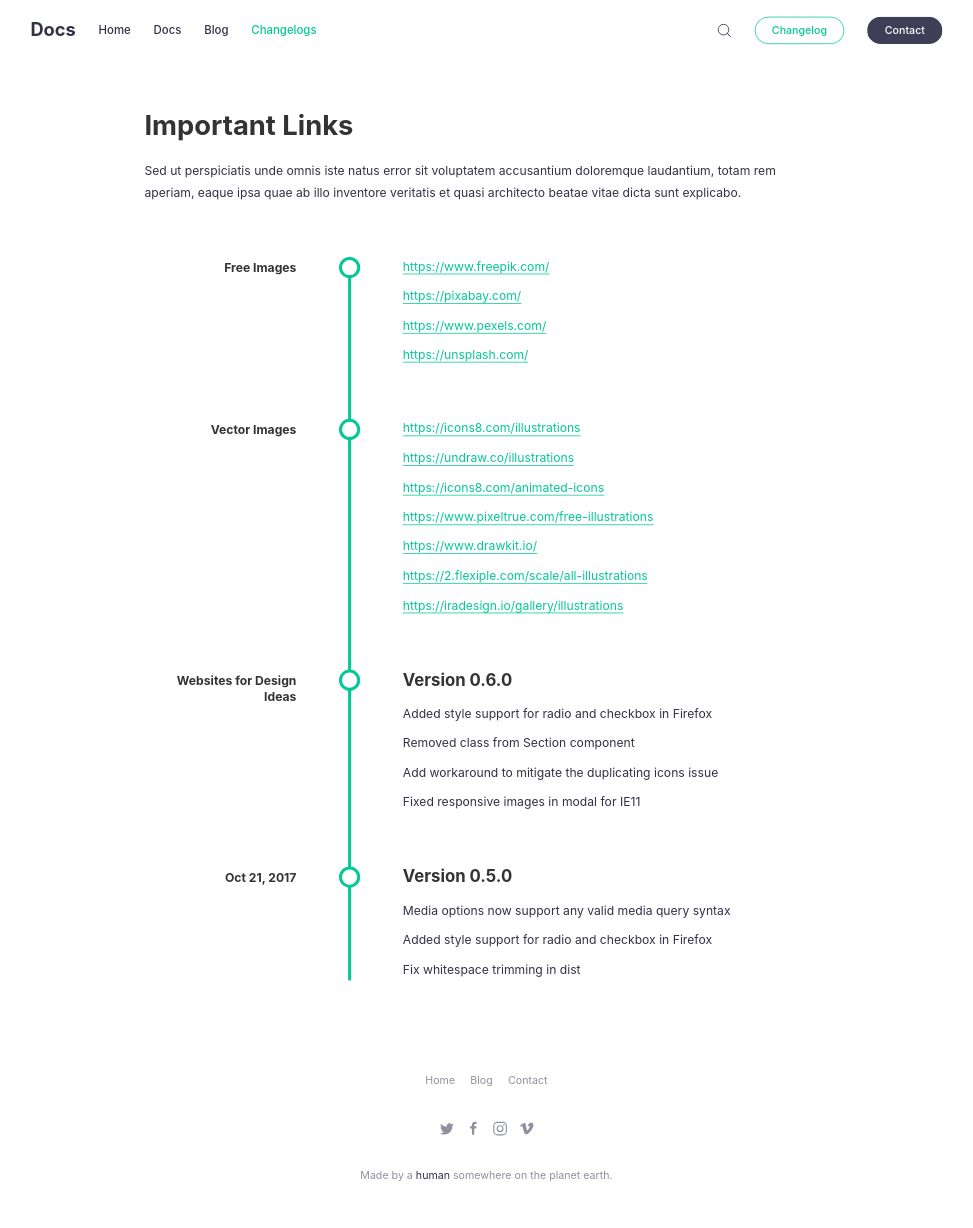
Repository: suchi9909/webdoc
Page: useful-links.html
These files come from the project's save history. The page is drawn as it stood at one moment and after the next save; the edit follows.
The browser window is 1280 px wide. The pictures show the whole page, at 76% of full size.

Above is the page before, as saved 2021-02-19 09:21:37.

### useful-links.html
<!DOCTYPE html>
<html lang="en-gb" dir="ltr">

<head>
    <meta charset="utf-8">
    <meta name="viewport" content="width=device-width, initial-scale=1">
    <title>Docs | Documentation HTML Template</title>
    <link rel="shortcut icon" type="image/png" href="https://via.placeholder.com/20.png" >
    <link href="https://fonts.googleapis.com/css?family=Heebo:300,400" rel="stylesheet">
    <link rel="stylesheet" href="css/main.css" />
    <script src="js/uikit.js"></script>
</head>

<body>

<div data-uk-sticky="animation: uk-animation-slide-top; sel-target: .uk-navbar-container; cls-active: uk-navbar-sticky; cls-inactive: uk-navbar-transparent; top: 200">
  <nav class="uk-navbar-container">
    <div class="uk-container">
      <div data-uk-navbar>
        <div class="uk-navbar-left">
          <a class="uk-navbar-item uk-logo uk-visible@m" href="index.html">Docs</a>
          <a class="uk-navbar-toggle uk-hidden@m" href="#offcanvas-docs" data-uk-toggle><span
              data-uk-navbar-toggle-icon></span> <span class="uk-margin-small-left">Docs</span></a>
          <ul class="uk-navbar-nav uk-visible@m">
            <li ><a href="index.html">Home</a></li>
            <li ><a href="doc.html">Docs</a></li>
            <li ><a href="blog.html">Blog</a></li>
            <li class="uk-active">
              <a href="#">Changelogs</a>
              <div class="uk-navbar-dropdown">
                <ul class="uk-nav uk-navbar-dropdown-nav">
                  <li><a href="changelog-timeline.html">Timeline Style</a></li>
                  <li><a href="changelog-posts.html">Post Style</a></li>
                </ul>
              </div>
            </li>
          </ul>
        </div>
        <div class="uk-navbar-center uk-hidden@m">
          <a class="uk-navbar-item uk-logo" href="index.html">Docs</a>
        </div>
        <div class="uk-navbar-right">
          <div>
            <a id="search-navbar-toggle" class="uk-navbar-toggle" data-uk-search-icon href="#"></a>
            <div class="uk-background-default uk-border-rounded"
              data-uk-drop="mode: click; pos: left-center; offset: 0">
              <form class="uk-search uk-search-navbar uk-width-1-1" onsubmit="return false;">
                <input id="search-navbar" class="uk-search-input" type="search" placeholder="Search for answers"
                  autofocus autocomplete="off" data-minchars="1" data-maxitems="30">
              </form>
            </div>
          </div>
          <ul class="uk-navbar-nav uk-visible@m">
            <li>
              <div class="uk-navbar-item">
                <a class="uk-button uk-button-primary-outline" href="changelog-timeline.html">Changelog</a>
              </div>
            </li>
            <li>
              <div class="uk-navbar-item">
                <a class="uk-button uk-button-success" href="contact.html">Contact</a>
              </div>
            </li>
          </ul>
          <a class="uk-navbar-toggle uk-hidden@m" href="#offcanvas" data-uk-toggle><span
              data-uk-navbar-toggle-icon></span> <span class="uk-margin-small-left">Menu</span></a>
        </div>
      </div>
    </div>
  </nav>
</div>

<div class="uk-section">
  <div class="uk-container uk-container-small">
    <article class="uk-article">
      <h1 class="uk-article-title">Important Links</h1>
      <div class="article-content link-primary">
        <p>Sed ut perspiciatis unde omnis iste natus error sit voluptatem accusantium doloremque laudantium, totam rem
          aperiam, eaque ipsa quae ab illo inventore veritatis et quasi architecto beatae vitae dicta sunt explicabo.
        </p>
        <div class="tm-timeline uk-margin-large-top">
          <div class="tm-timeline-entry">
            <div class="tm-timeline-time">
              <h5>Free Images</h5>
            </div>
            <div class="tm-timeline-body">
              <ul class="uk-list">
                <li><a href="https://www.freepik.com/">https://www.freepik.com/</a></li>
                <li><a href="https://pixabay.com/">https://pixabay.com/</a></li>
                <li><a href="https://www.pexels.com/">https://www.pexels.com/</a></li>
                <li><a href="https://unsplash.com/">https://unsplash.com/</a></li>
              </ul>
            </div>
          </div>
          <div class="tm-timeline-entry">
            <div class="tm-timeline-time">
              <h5>Vector Images</h5>
            </div>
            <div class="tm-timeline-body">
              <ul class="uk-list">
                <li><a href="https://icons8.com/illustrations">https://icons8.com/illustrations</a></li>
                <li><a href="https://undraw.co/illustrations">https://undraw.co/illustrations</a></li>
                <li><a href="https://icons8.com/animated-icons">https://icons8.com/animated-icons</a></li>
                <li><a href="https://www.pixeltrue.com/free-illustrations">https://www.pixeltrue.com/free-illustrations</a></li>
                <li><a href="https://www.drawkit.io/">https://www.drawkit.io/</a></li>
                <li><a href="https://2.flexiple.com/scale/all-illustrations">https://2.flexiple.com/scale/all-illustrations</a></li>
                <li><a href="https://iradesign.io/gallery/illustrations">https://iradesign.io/gallery/illustrations</a></li>
              </ul>
            </div>
          </div>
          <div class="tm-timeline-entry">
            <div class="tm-timeline-time">
              <h5>Websites for Design Ideas</h5>
            </div>
            <div class="tm-timeline-body">
              <h3 class="uk-flex uk-flex-middle">Version 0.6.0</h3>
              <ul class="uk-list">
                <li>Added style support for radio and checkbox in Firefox</li>
                <li>Removed class from Section component</li>
                <li>Add workaround to mitigate the duplicating icons issue</li>
                <li>Fixed responsive images in modal for IE11</li>
              </ul>
            </div>
          </div>
          <div class="tm-timeline-entry">
            <div class="tm-timeline-time">
              <h5>Oct 21, 2017</h5>
            </div>
            <div class="tm-timeline-body">
              <h3 class="uk-flex uk-flex-middle">Version 0.5.0</h3>
              <ul class="uk-list">
                <li>Media options now support any valid media query syntax</li>
                <li>Added style support for radio and checkbox in Firefox</li>
                <li>Fix whitespace trimming in dist</li>
              </ul>
            </div>
          </div>
        </div>
      </div>
    </article>
  </div>
</div>

<div id="offcanvas-docs" data-uk-offcanvas="overlay: true">
  <div class="uk-offcanvas-bar">
    <button class="uk-offcanvas-close" type="button" data-uk-close></button>
    <h5 class="uk-margin-top">Getting Started</h5>
    <ul class="uk-nav uk-nav-default doc-nav">
      <li class="uk-active"><a href="doc.html">Template setup</a></li>
      <li><a href="doc.html">Basic theme setup</a></li>
      <li><a href="doc.html">Navigation bar</a></li>
      <li><a href="doc.html">Footer options</a></li>
      <li><a href="doc.html">Creating your first post</a></li>
      <li><a href="doc.html">Creating docs posts</a></li>
      <li><a href="doc.html">Enabling comments</a></li>
      <li><a href="doc.html">Google Analytics</a></li>
    </ul>
    <h5 class="uk-margin-top">Product Features</h5>
    <ul class="uk-nav uk-nav-default doc-nav">
      <li><a href="doc.html">Hero page header</a></li>
      <li><a href="doc.html">Category boxes section</a></li>
      <li><a href="doc.html">Fearured docs section</a></li>
      <li><a href="doc.html">Video lightbox boxes section</a></li>
      <li><a href="doc.html">Frequently asked questions section</a></li>
      <li><a href="doc.html">Team members section</a></li>
      <li><a href="doc.html">Call to action section</a></li>
      <li><a href="doc.html">Creating a changelog</a></li>
      <li><a href="doc.html">Contact form</a></li>
      <li><a href="doc.html">Adding media to post and doc content</a></li>
      <li><a href="doc.html">Adding table of contents to docs</a></li>
      <li><a href="doc.html">Adding alerts to content</a></li>
    </ul>
    <h5 class="uk-margin-top">Customization</h5>
    <ul class="uk-nav uk-nav-default doc-nav">
      <li><a href="doc.html">Translation</a></li>
      <li><a href="doc.html">Customization</a></li>
      <li><a href="doc.html">Development</a></li>
      <li><a href="doc.html">Sources and credits</a></li>
    </ul>
    <h5 class="uk-margin-top">Help</h5>
    <ul class="uk-nav uk-nav-default doc-nav">
      <li><a href="doc.html">Contacting support</a></li>
    </ul>
  </div>
</div>

<div id="offcanvas" data-uk-offcanvas="flip: true; overlay: true">
  <div class="uk-offcanvas-bar">
    <a class="uk-logo" href="index.html">Docs</a>
    <button class="uk-offcanvas-close" type="button" data-uk-close></button>
    <ul class="uk-nav uk-nav-primary uk-nav-offcanvas uk-margin-top">
      <li ><a href="index.html">Home</a></li>
      <li ><a href="doc.html">Docs</a></li>
      <li ><a href="blog.html">Blog</a></li>
      <li ><a href="contact.html">Contact</a></li>
      <li>
        <div class="uk-navbar-item"><a class="uk-button uk-button-success" href="contact.html">Contact</a></div>
      </li>
    </ul>
    <div class="uk-margin-top uk-text-center">
      <div data-uk-grid class="uk-child-width-auto uk-grid-small uk-flex-center">
        <div>
          <a href="https://twitter.com/" data-uk-icon="icon: twitter" class="uk-icon-link" target="_blank"></a>
        </div>
        <div>
          <a href="https://www.facebook.com/" data-uk-icon="icon: facebook" class="uk-icon-link" target="_blank"></a>
        </div>
        <div>
          <a href="https://www.instagram.com/" data-uk-icon="icon: instagram" class="uk-icon-link" target="_blank"></a>
        </div>
        <div>
          <a href="https://vimeo.com/" data-uk-icon="icon: vimeo" class="uk-icon-link" target="_blank"></a>
        </div>
      </div>
    </div>
  </div>
</div>

<footer class="uk-section uk-text-center uk-text-muted">
	<div class="uk-container uk-container-small">
		<div>
			<ul class="uk-subnav uk-flex-center">
				<li><a href="#">Home</a></li>
				<li><a href="blog.html">Blog</a></li>
				<li><a href="contact.html">Contact</a></li>
			</ul>
		</div>
		<div class="uk-margin-medium">
			<div data-uk-grid class="uk-child-width-auto uk-grid-small uk-flex-center">
				<div class="uk-first-column">
					<a href="https://twitter.com/" data-uk-icon="icon: twitter" class="uk-icon-link uk-icon" target="_blank"></a>
				</div>
				<div>
					<a href="https://www.facebook.com/" data-uk-icon="icon: facebook" class="uk-icon-link uk-icon"
						target="_blank"></a>
				</div>
				<div>
					<a href="https://www.instagram.com/" data-uk-icon="icon: instagram" class="uk-icon-link uk-icon"
						target="_blank"></a>
				</div>
				<div>
					<a href="https://vimeo.com/" data-uk-icon="icon: vimeo" class="uk-icon-link uk-icon" target="_blank"></a>
				</div>
			</div>
		</div>
		<div class="uk-margin-medium uk-text-small copyright link-secondary">Made by a <a
				href="https://ivanchromjak.com/">human</a> somewhere on the planet earth.</div>
	</div>
</footer>

<script src="js/awesomplete.js"></script>
<script src="js/custom.js"></script>


</body>

</html>

### js/custom.js
(function () {
  'use strict';

  // Custom scripts
  document.addEventListener("DOMContentLoaded", function() {

    // Live Awesomplete Search
  	var inputHero = document.getElementById("search-hero");
  	var inputNavbar = document.getElementById("search-navbar");

    var list = [
          { label: "How do I enable payment gateway?", 					        value: "doc.html" },
          { label: "What happens if I clear cache?", 						        value: "doc.html" },
          { label: "Which payment methods do you offer?", 				      value: "doc.html" },
          { label: "How long does it take to propagate DNS settings?", 	value: "doc.html" },
          { label: "How can I force SSL certificate?", 					        value: "doc.html" }
        ];

    if (inputHero) {
      inputHero.addEventListener("awesomplete-selectcomplete", function(e) {
        window.location.href = e.text.value;
      }, false);

      new Awesomplete(inputHero, {
        autoFirst: true,
        list: list,
        replace: function(suggestion) {
          this.input.value = suggestion.label;
        }
      });
    }

    if (inputNavbar) {
      inputNavbar.addEventListener("awesomplete-selectcomplete", function(e) {
        window.location.href = e.text.value;
      }, false);

      new Awesomplete(inputNavbar, {
        autoFirst: true,
        list: list,
        replace: function(suggestion) {
          this.input.value = suggestion.label;
        }
      });
    }

  });

}());

Loaded but not shown: css/main.css (library); js/uikit.js (library); js/awesomplete.js (563 lines, source omitted)

After the next save:
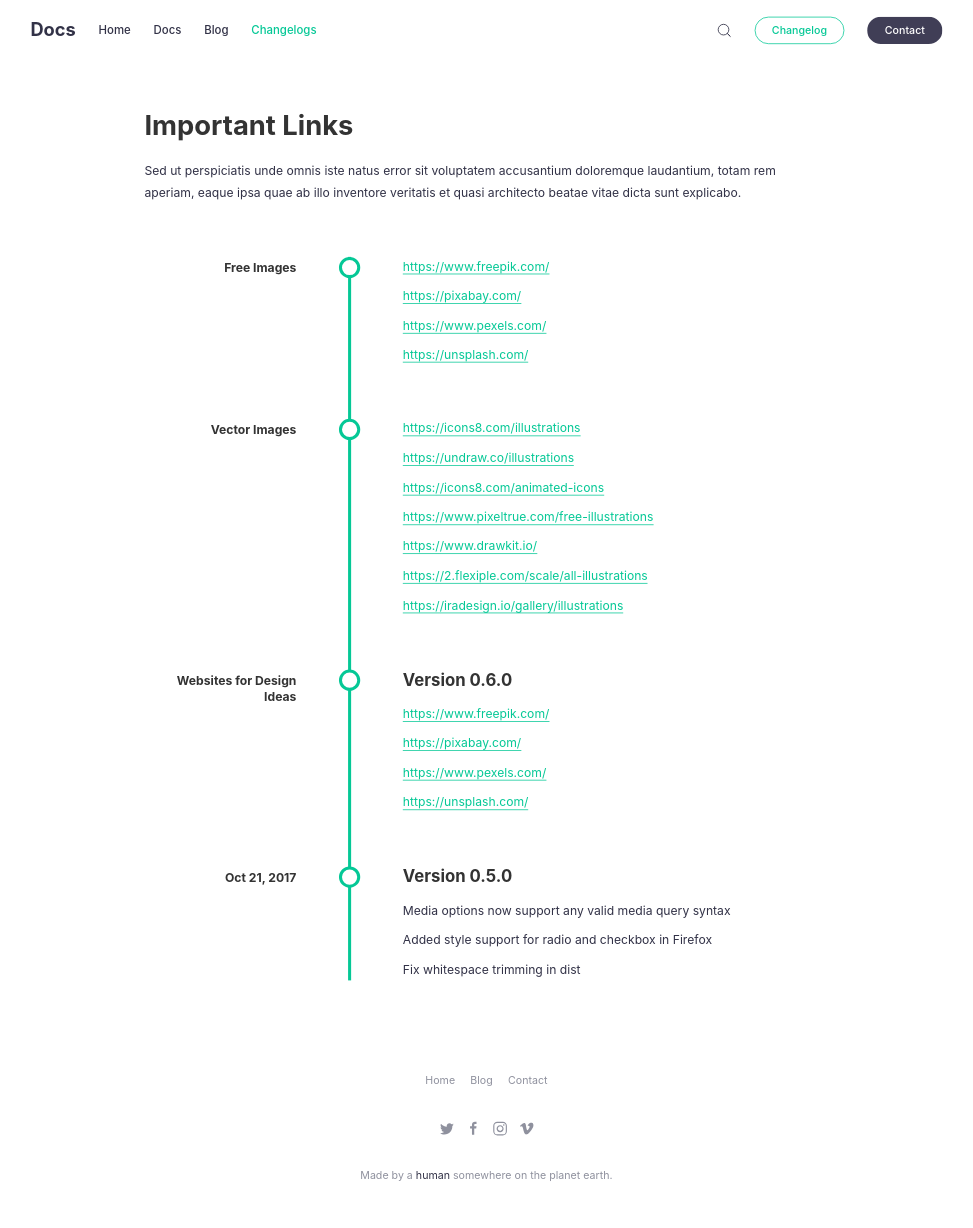
Saved 6 s later.
--- a/useful-links.html
+++ b/useful-links.html
@@ -115,10 +115,10 @@
             <div class="tm-timeline-body">
               <h3 class="uk-flex uk-flex-middle">Version 0.6.0</h3>
               <ul class="uk-list">
-                <li>Added style support for radio and checkbox in Firefox</li>
-                <li>Removed class from Section component</li>
-                <li>Add workaround to mitigate the duplicating icons issue</li>
-                <li>Fixed responsive images in modal for IE11</li>
+                <li><a href="https://www.freepik.com/">https://www.freepik.com/</a></li>
+                <li><a href="https://pixabay.com/">https://pixabay.com/</a></li>
+                <li><a href="https://www.pexels.com/">https://www.pexels.com/</a></li>
+                <li><a href="https://unsplash.com/">https://unsplash.com/</a></li>
               </ul>
             </div>
           </div>
